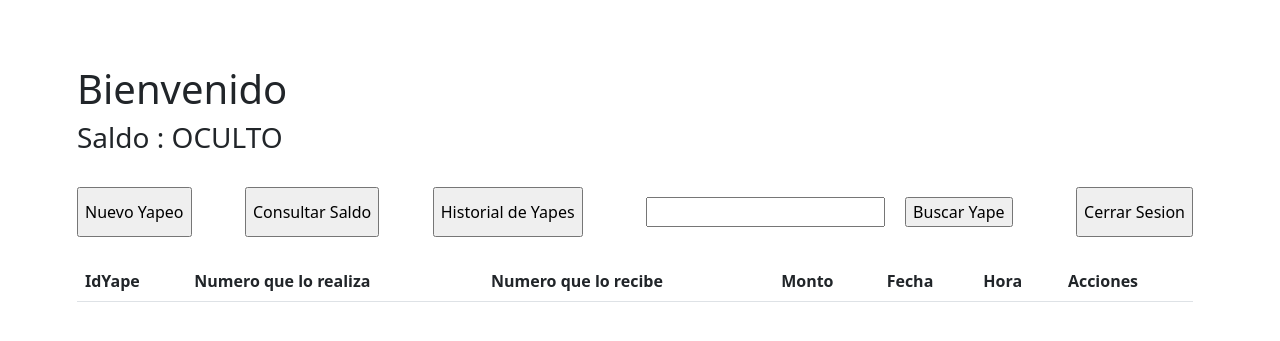
Repository: Gimblet/LP1_Proyecto_Yape
Page: http://localhost/Yape/clientDashboard.jsp
The author's editor kept a copy of each file at every save. The page is drawn from the files as they stood at one save, then again after the next save.
The browser window is 1280 px wide. The pictures show the whole page.
The page is served by Tomcat 9. Other server files are loaded and not shown. The template is opened directly, without the code that normally fills it, so the values that code supplies are empty.

Above is the page before, as saved 2024-04-20 06:45:13.

### Yape/src/main/webapp/clientDashboard.jsp
<%@ page import="java.util.List"%>
<%@ page import="data.Yapes"%>
<%@ page import="data.Logins"%>
<%@ page language="java" contentType="text/html; charset=ISO-8859-1" pageEncoding="ISO-8859-1" %>
<%
	double dinero = 0.0;
	if(request.getAttribute("saldo") != null){
		Logins saldo = (Logins) request.getAttribute("saldo");
		dinero = saldo.getSaldo();
	}
	List<Yapes> yapeList = (List<Yapes>) request.getAttribute("ListaYapes");
%>
        <!DOCTYPE html>
        <html>

        <head>
            <meta charset="ISO-8859-1">
            <title>Client Dashboard</title>
            <link href="https://cdn.jsdelivr.net/npm/bootstrap@5.1.3/dist/css/bootstrap.min.css" rel="stylesheet">
            <style>
                .container {
                    margin: 65px;
                }

                .buscarContainer > *{
                	margin: 10px;
                }

                form {
                    display: flex;
                    justify-content: space-between;
                }

                input:hover {
                    cursor: pointer;
                }

                form div {
                    justify-self: start;
                    display: flex;
                }
            </style>
        </head>

        <body>
            <div class="container">
                <h1>Bienvenido</h1>
                <h3>Saldo : <% if(dinero == 0.0) { %>OCULTO<% } else { %><%= dinero %><% } %></h3>
                <br>
                <div>
                    <form action="Servlet" method="post">
                        <input type="submit" value="Nuevo Yapeo" name="type">
                        <input type="submit" value="Consultar Saldo" name="type">
                        <input type="submit" value="Historial de Yapes" name="type">
                        <div class="buscarContainer">
                        	<input type="text" name="txtBuscar">
                        	<input type="submit" value="Buscar Yape" name="type">
                        </div>
                        <input type="submit" value="Cerrar Sesion" name="type">
                    </form>
                    <br>
                </div>
                <table class="table">
                    <thead>
                        <tr>
                            <th>IdYape</th>
                            <th>Numero que lo realiza</th>
                            <th>Numero que lo recibe</th>
                            <th>Monto</th>
                            <th>Fecha</th>
                            <th>Hora</th>
                            <th>Acciones</th>
                        </tr>
                    </thead>
                    <tbody>
                   			<%
								if(yapeList != null){
									for(Yapes item : yapeList){
							%>
						<tr>
							<td><%= item.getIdYape() %></td>
							<td><%= item.getNumeroRealizante() %></td>
							<td><%= item.getNumeroRecibiente() %></td>
							<td><%= item.getMonto() %></td>
							<td><%= item.getFecha() %></td>
							<td><%= item.getHora() %></td>

						</tr>
						<%
									}
								}
							%>
                    </tbody>
                </table>
            </div>
        </body>

        </html>

After the next save:
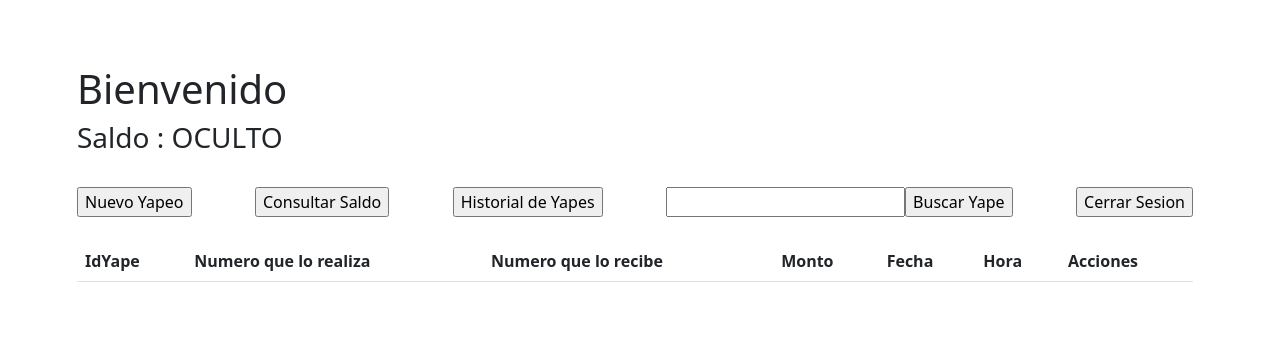
Saved 10 s later.
--- a/Yape/src/main/webapp/clientDashboard.jsp
+++ b/Yape/src/main/webapp/clientDashboard.jsp
@@ -23,7 +23,7 @@
                 }
 
                 .buscarContainer > *{
-                	margin: 10px;
+                	gap: 10px;
                 }
 
                 form {
